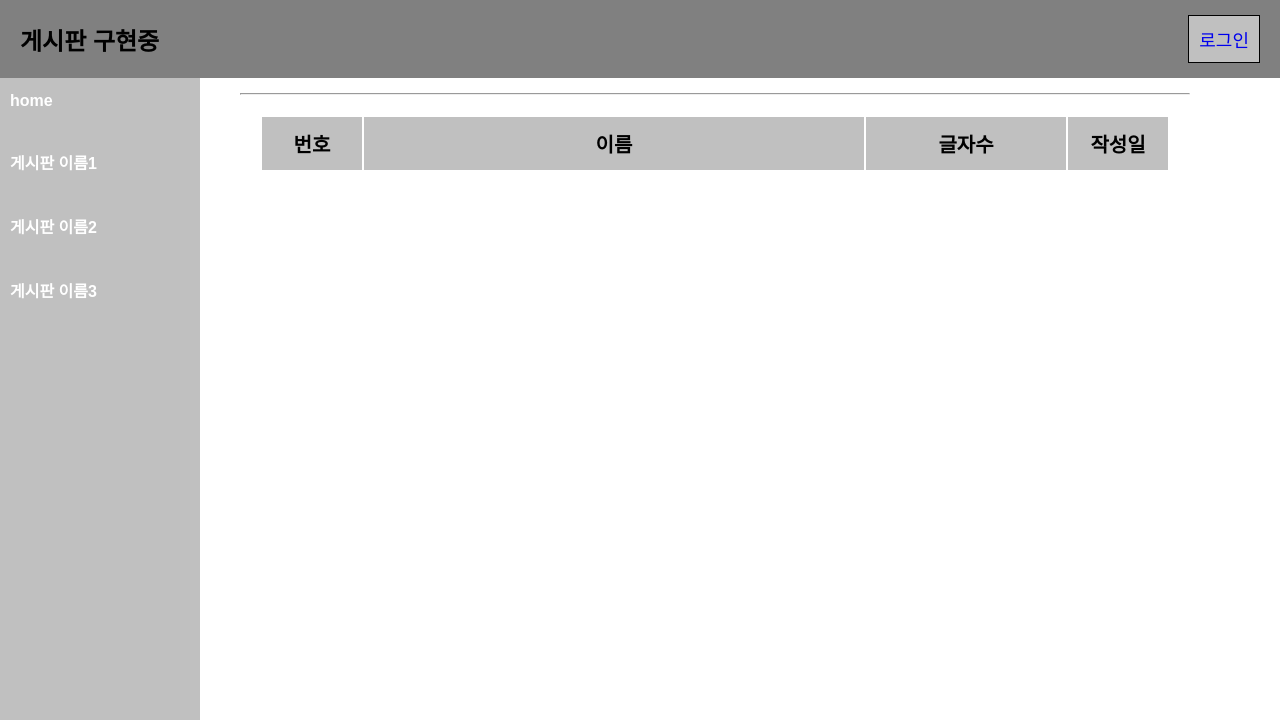
Repository: hyeon-jin-park/study
Page: work/internet_programing/Test_final/public/i.html
The author's editor kept a copy of each file at every save. The page is drawn from the files as they stood at one save, then again after the next save.
The browser window is 1280 px wide. The pictures show the whole page.

Above is the page before, as saved 2025-03-12 14:24:38.

After the next save:
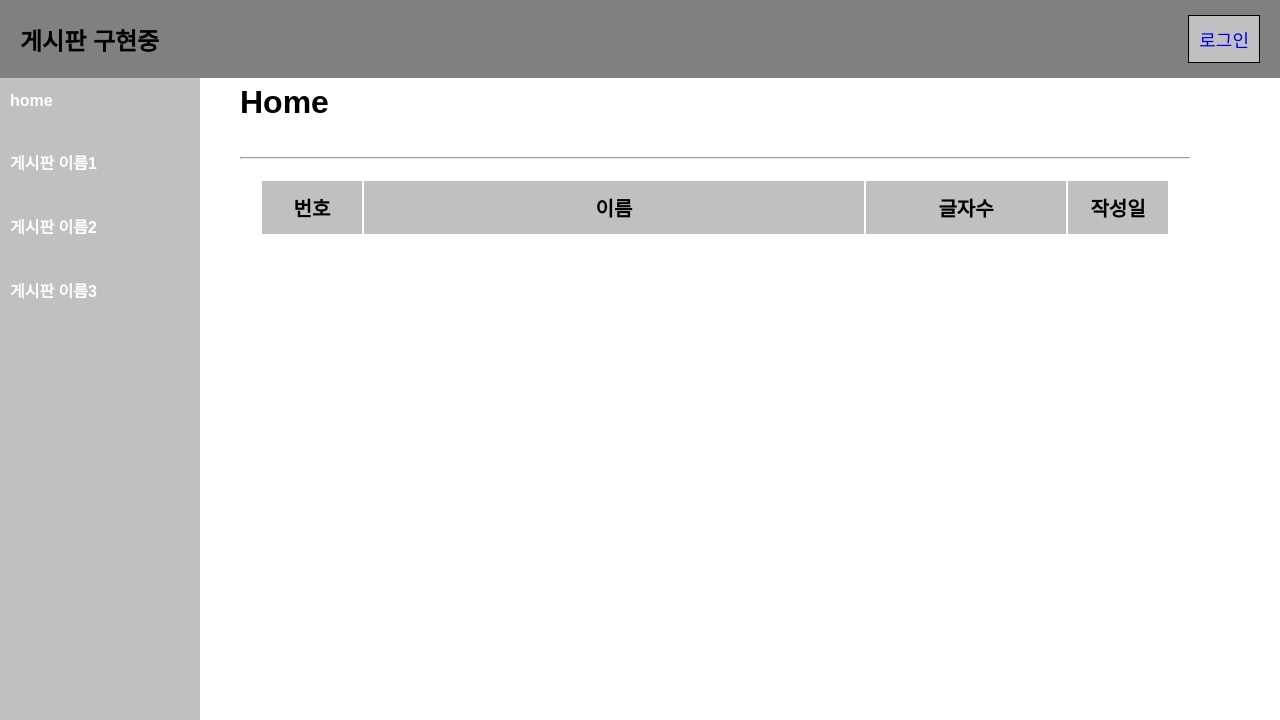
Saved 2 min 58 s later.
--- a/work/internet_programing/Test_final/public/layout.css
+++ b/work/internet_programing/Test_final/public/layout.css
@@ -74,6 +74,7 @@
 
 
 		.content {
+			margin-top: 64px;
 			position: fixed;
 			z-index: 999;
     		margin-left: 220px;
